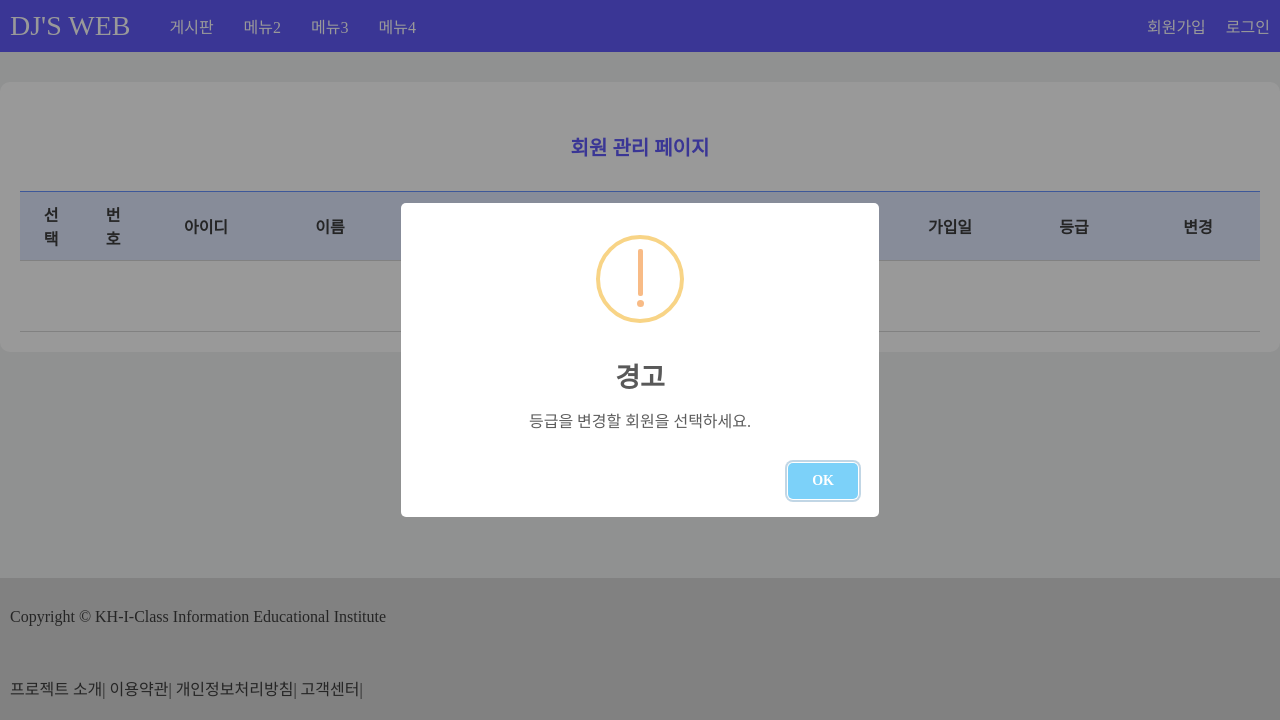
Repository: Godzilla-Man/codingStudy
Page: http://localhost/server_06_notice/member/admin
The author's editor kept a copy of each file at every save. The page is drawn from the files as they stood at one save, then again after the next save.
The browser window is 1280 px wide. The pictures show the whole page.
After loading, the first visible `button.btn-point` was clicked once.
Some web fonts or font styles are not loaded; a fallback is used. The page is served by Tomcat 9. Other server files are loaded and not shown. Queries for data that is not in the repository find no rows.

Above is the page before, as saved 2025-05-08 05:09:53.

### server_06_notice/src/main/webapp/WEB-INF/views/member/adminPage.jsp
<%@ page language="java" contentType="text/html; charset=UTF-8"
    pageEncoding="UTF-8"%>
<%@ taglib uri="http://java.sun.com/jsp/jstl/core" prefix="c" %>
<!DOCTYPE html>
<html>
<head>
<meta charset="UTF-8">
<title>관리자 페이지</title>
<style>
	input[type=checkbox].chk + label {
		height : 24px;
	}
</style>
</head>
<body>
	<div class="wrap">
		<jsp:include page="/WEB-INF/views/common/header.jsp"></jsp:include>
		<main class="content">
			<section class="section admin-wrap">
				<div class="page-title">회원 관리 페이지</div>
				<table class="tbl tbl-hover">
					<tr>
						<th style="width:5%;">선택</th>
						<th style="width:5%;">번호</th>
						<th style="width:10%;">아이디</th>
						<th style="width:10%;">이름</th>
						<th style="width:15%;">이메일</th>
						<th style="width:15%;">전화번호</th>
						<th style="width:10%;">주소</th>
						<th style="width:10%;">가입일</th>
						<th style="width:10%;">등급</th>
						<th style="width:10%;">변경</th>
					</tr>
					<c:forEach var="m" items="${memberList}">
					<tr>
						<td>
							<div class="input-wrap">
								<input type="checkbox" class="chk">
								<label onclick="chkLabel(this)"></label>
							</div>
						</td>
						<td class="memberNo">${m.memberNo}</td>
						<td>${m.memberId}</td>
						<td>${m.memberName}</td>
						<td>${m.memberEmail}</td>
						<td>${m.memberPhone}</td>
						<td>${m.memberAddr}</td>
						<td>${m.enrollDate}</td>
						<td>
							<div class="select">
								<select>
									<c:if test="${m.memberLevel eq 2}">
									<option value="2" selected>정회원</option>
									<option value="3">준회원</option>
									</c:if>
									<c:if test="${m.memberLevel eq 3}">
									<option value="2">정회원</option>
									<option value="3" selected>준회원</option>
									</c:if>
								</select>
							</div>
						</td>
						<td>
							<button class="btn-primary sm" onclick="chgLevel(this)">등급변경</button>
						</td>
					</tr>
					</c:forEach>

					<tr>
						<td colspan="10">
							<button class="btn-point lg" onclick="chgAllLevel()">선택 회원 등급 변경</button>
						</td>
					</tr>

				</table>
			</section>
		</main>
		<jsp:include page="/WEB-INF/views/common/footer.jsp"></jsp:include>
	</div>
	<script>
	function chkLabel(labelObj){
		$(labelObj).prev().click(); //label 태그 이전 요소(체크박스)클릭
	}


	//각 행마다 생성된 '등급변경' 버튼 클릭 시, 동작 함수
	function chgLevel(btnObj){
		/*
		DAO에서 수행할 SQL : update tbl_member set member_level = ? where member_no = ?
		클라이언트가 서버로 전송해야 하는 값은 회원번호, 변경할 등급

		btnObj는 클릭한 버튼 요소 자바스크립트 객체
		*/

		//let memberNo = $(btnObj).parent().parent().children().first().next().html();
		let memberNo = $(btnObj).parents('tr').find('.memberNo').html();
		let chgLevel = $(btnObj).parents('tr').find('select option:selected').val();

		swal({
			title : "변경",
			text : "등급을 변경하시겠습니까?",
			icon : "warning",
			buttons : {
				cancel : {
					text : "취소",
					value : false,
					visible : true,
					closeModal : true
				},
				confirm : {
					text : "변경",
					value : true,
					visible : true,
					closeModal : true
				}
			}
		}).then(function(val){
			if(val){ //변경 버튼 클릭 시

				$.ajax({
					url : "/member/chgLevel",
					data : {"memberNo" : memberNo, "chgLevel" : chgLevel},
					type : "get",
					success : function(res){
						console.log(res);
						//res : 서블릿에서 응답스트림을 통해, 전달한 값(업데이트 결과 값)
						if(res > 0){
							swal({
								title : "성공",
								text : "등급 변경이 완료되었습니다.",
								icon : "success"
							});
						}else{
							swal({
								title : "실패",
								text : "등급 변경 중, 오류가 발생하였습니다.",
								icon : "error"
							});
						}
					},
					error : function(){
						console.log('ajax 통신 오류');
					}
				})
			}
		});
	}

	//선택 회원 등급 변경 버튼 클릭 시, 동작 함수
	function chgAllLevel(){
		/* 서블릿으로 등급 변경 요청 시, 전달 데이터 형식

		   회원 번호 : '2505070021/2505080022'
		   등급 변경 : '2/3'
		*/

		//체크된 행의 회원번호와, 변경 등급값을 각각의 배열에 삽입
		let chkMember = $('.chk:checked'); //체크된 체크박스

		if(chkMember.length < 1){
			swal({
				title : "경고",
				text : "등급을 변경할 회원을 선택하세요.",
				icon : "warning"
			});
			return;
		}

		//체크된 체크박스 순회하며, 배열에 회원번호와 변경 등급값 삽입
		let memberNo = [];
		let chgLevel = [];

		$.each(chkMember, function(index, item){
			//체크박스 순회하며, 함수를 실행시킴. 첫번 째 매개변수로 인덱스, 두번 째 매개변수로 요소(체크박스) 전달

			//체크박스 기준으로, 같은 행의 회원번호와 변경 등급값을 배열에 삽입
			memberNo.push($(item).parents('tr').find('.memberNo').html());
			chgLevel.push($(item).parents('tr').find('select option:selected').val());
		});

		console.log(memberNo);
		console.log(chgLevel);

		swal({
			title : "등급변경",
			text : "등급을 변경하시겠습니까?",
			icon : "warning",
			buttons : {
				cancel : {
					text : "취소",
					value : false,
					visible : true,
					closeModal : true
				},
				confirm : {
					text : "변경",
					value : true,
					visible : true,
					closeModal : true
				}
			}
		}).then(function(val){
			if(val){
				$.ajax({
					url : "/member/chgAllLevel",
					data : {"memberNo" : memberNo.join('/'), "chgLevel" : chgLevel.join('/')},
					type : 'get',
					success : function(res){
						console.log('서버 응답 (res):', res);
					    console.log('서버 응답 타입 (typeof res):', typeof res);

						if(res > 0){
							swal({
								title : "성공",
								text : "등급 변경이 완료되었습니다.",
								icon : "success"
							});
						}else{
							swal({
								title : "실패",
								text : "등급 변경 중, 오류가 발생하였습니다.",
								icon : "error"
							});
						}
					},
					error : function(){
						console.log('ajax 통신 오류');
					}
				})
			}
		});
	}
	</script>
</body>
</html>

### server_06_notice/src/main/webapp/WEB-INF/views/common/header.jsp
<%@ page language="java" contentType="text/html; charset=UTF-8"
    pageEncoding="UTF-8"%>
<%@ taglib uri="http://java.sun.com/jsp/jstl/core" prefix="c" %>
<link rel="stylesheet" href="/resources/css/default.css">
<link href="https://fonts.googleapis.com/icon?family=Material+Icons" rel="stylesheet">
<script src="https://code.jquery.com/jquery-3.7.1.min.js"></script>
<script src="/resources/js/sweetalert.min.js"></script>

<header class="header">
	<div>
		<div class="logo">
			<a href="/">DJ'S WEB</a>
		</div>
		<nav class="nav">
			<ul>
				<li>
					<a href="/notice/getList">게시판</a>
				</li>
				<li>
					<a href="#">메뉴2</a>
				</li>
				<li>
					<a href="#">메뉴3</a>
				</li>
				<li>
					<a href="#">메뉴4</a>
				</li>
			</ul>
		</nav>
		<ul class="user-menu">
			<%-- 세션에 로그인 회원 정보 등록 여부에 따라 다른 메뉴 출력 --%>
			<c:choose>
				<c:when test="${empty sessionScope.loginMember}">
					<li>
						<a href="/member/joinFrm">회원가입</a>
					</li>
					<li>
						<a href="/member/loginFrm">로그인</a>
					</li>
				</c:when>
				<c:otherwise>
					<li>
						<a href="/member/myPage">마이페이지</a>
					</li>
					<li>
						<a href="/member/logout">로그아웃</a>
					</li>
				</c:otherwise>
			</c:choose>
		</ul>
	</div>
</header>

### server_06_notice/src/main/webapp/WEB-INF/views/common/footer.jsp
<%@ page language="java" contentType="text/html; charset=UTF-8"
    pageEncoding="UTF-8"%>
<footer class="footer">
	<div>
		<p>Copyright &copy; KH-I-Class Information Educational Institute</p>
	</div>
	<div>
		<a href="#">프로젝트 소개</a><span>|</span>
		<a href="#">이용약관</a><span>|</span>
		<a href="#">개인정보처리방침</a><span>|</span>
		<a href="#">고객센터</a><span>|</span>
	</div>
</footer>

### server_06_notice/src/main/java/kr/or/iei/member/controller/AdminServlet.java
package kr.or.iei.member.controller;

import java.io.IOException;
import java.util.ArrayList;

import javax.servlet.RequestDispatcher;
import javax.servlet.ServletException;
import javax.servlet.annotation.WebServlet;
import javax.servlet.http.HttpServlet;
import javax.servlet.http.HttpServletRequest;
import javax.servlet.http.HttpServletResponse;
import javax.servlet.http.HttpSession;

import kr.or.iei.member.model.service.MemberService;
import kr.or.iei.member.model.vo.Member;

/**
 * Servlet implementation class AdminServlet
 */
@WebServlet("/member/admin")
public class AdminServlet extends HttpServlet {
	private static final long serialVersionUID = 1L;

    /**
     * @see HttpServlet#HttpServlet()
     */
    public AdminServlet() {
        super();
        // TODO Auto-generated constructor stub
    }

	/**
	 * @see HttpServlet#doGet(HttpServletRequest request, HttpServletResponse response)
	 */
	protected void doGet(HttpServletRequest request, HttpServletResponse response) throws ServletException, IOException {
		//1. 인코딩 - 필터
		//2. 값 추출
		//3. 로직
		HttpSession session = request.getSession(false);
		if(session != null) {
			Member loginMember = (Member) session.getAttribute("loginMember");

			if(loginMember.getMemberLevel() != 1) {
				RequestDispatcher page = request.getRequestDispatcher("/WEB-INF/views/common/msg.jsp");

				request.setAttribute("title", "알림");
				request.setAttribute("msg", "관리자만 접속 가능합니다.");
				request.setAttribute("icon", "error");
				request.setAttribute("loc", "/member/mypage");

				page.forward(request, response);
				return;
			}
		}

		MemberService service = new MemberService();
		ArrayList<Member> list = service.selectAllMember();

		//4. 결과 처리
		//4.1 이동할 페이지 경로 지정
		RequestDispatcher view = request.getRequestDispatcher("/WEB-INF/views/member/adminPage.jsp");
		//4.2 화면 구현에 필요한 데이터 등록
		request.setAttribute("memberList", list);
		//4.3 페이지 이동
		view.forward(request, response);
	}

	/**
	 * @see HttpServlet#doPost(HttpServletRequest request, HttpServletResponse response)
	 */
	protected void doPost(HttpServletRequest request, HttpServletResponse response) throws ServletException, IOException {
		// TODO Auto-generated method stub
		doGet(request, response);
	}

}

### server_06_notice/src/main/java/kr/or/iei/member/model/service/MemberService.java
package kr.or.iei.member.model.service;

import java.sql.Connection;
import java.util.ArrayList;
import java.util.StringTokenizer;

import kr.or.iei.common.JDBCTemplate;
import kr.or.iei.member.model.dao.MemberDao;
import kr.or.iei.member.model.vo.Member;

public class MemberService {

	private MemberDao dao;

	public MemberService() {
		dao = new MemberDao();
	}

	public int memberJoin(Member member) {
		Connection conn = JDBCTemplate.getConnection();
		int result = dao.memberJoin(conn, member);
		if(result > 0) {
			JDBCTemplate.commit(conn);
		}else {
			JDBCTemplate.rollback(conn);
		}
		JDBCTemplate.close(conn);

		return result;
	}

	public int idDuplChk(String memberId) {
		Connection conn = JDBCTemplate.getConnection();
		int cnt = dao.idDuplChk(conn, memberId);
		JDBCTemplate.close(conn);
		return cnt;
	}

	public Member memberLogin(String loginId, String loginPw) {
		Connection conn = JDBCTemplate.getConnection();
		Member loginMember = dao.memberLogin(conn, loginId, loginPw);
		JDBCTemplate.close(conn);
		return loginMember;
	}

	public int updateMember(Member updMember) {
		Connection conn = JDBCTemplate.getConnection();
		int result = dao.updateMember(conn, updMember);
		if(result > 0) {
			JDBCTemplate.commit(conn);
		}else {
			JDBCTemplate.rollback(conn);
		}
		JDBCTemplate.close(conn);
		return result;
	}

	public int deleteMember(String memberNo) {
		Connection conn = JDBCTemplate.getConnection();
		int result = dao.deleteMember(conn, memberNo);

		if(result > 0) {
			JDBCTemplate.commit(conn);
		}else {
			JDBCTemplate.rollback(conn);
		}

		JDBCTemplate.close(conn);
		return result;
	}

	public int updateMemberPw(String memberNo, String newMemberPw) {
		Connection conn = JDBCTemplate.getConnection();
		int result = dao.updateMemberPw(conn, memberNo, newMemberPw);

		if(result > 0) {
			JDBCTemplate.commit(conn);
		}else {
			JDBCTemplate.rollback(conn);
		}

		JDBCTemplate.close(conn);
		return result;
	}

	public ArrayList<Member> selectAllMember() {
		Connection conn = JDBCTemplate.getConnection();
		ArrayList<Member> list = dao.selectAllMember(conn);
		JDBCTemplate.close(conn);

		return list;
	}

	public int chgLevel(String memberNo, String chgLevel) {
		Connection conn = JDBCTemplate.getConnection();
		int result = dao.chgLevel(conn, memberNo, chgLevel);

		if(result > 0) {
			JDBCTemplate.commit(conn);
		}else {
			JDBCTemplate.rollback(conn);
		}

		JDBCTemplate.close(conn);
		return result;
	}

	public boolean chgAllLevel(String memberNoList, String chgLevelList) {
		Connection conn = JDBCTemplate.getConnection();

		//전달 받은 회원번호와 변경등급 문자열을 / 기준으로 잘라서 토큰화
		StringTokenizer st1 = new StringTokenizer(memberNoList, "/");
		StringTokenizer st2 = new StringTokenizer(chgLevelList, "/");

		boolean result = true;

		while(st1.hasMoreTokens()) {
			String memberNo = st1.nextToken(); //회원번호 토큰 주머니에서, 토큰 추출하여 변수에 저장
			String chgLevel = st2.nextToken();

			//DAO 메소드 재사용
			int res = dao.chgLevel(conn, memberNo, chgLevel);

			//SQL 수행 결과가 비정상일 떄, 커밋 또는 롤백을 위해 변수 값 변경
			//또한, 이후 회원에 대한 update는 수행할 필요 없으므로 break로 반복문 종료
			if(res > 1) {
				result = false;
				break;
			}
		}

		if(result) {
			JDBCTemplate.commit(conn);
		}else {
			JDBCTemplate.rollback(conn);
		}

		JDBCTemplate.close(conn);

		return result;
	}



}

### server_06_notice/src/main/java/kr/or/iei/member/model/dao/MemberDao.java
package kr.or.iei.member.model.dao;

import java.sql.Connection;
import java.sql.PreparedStatement;
import java.sql.ResultSet;
import java.sql.SQLException;
import java.util.ArrayList;

import kr.or.iei.common.JDBCTemplate;
import kr.or.iei.member.model.vo.Member;

public class MemberDao {

	public int memberJoin(Connection conn, Member member) {
		PreparedStatement pstmt = null;

		int result = 0;

		String query = "insert into tbl_member values(to_char(sysdate, 'yymmdd') || lpad(seq_member.nextval, 4, '0'), ?, ?, ?, ?, ?, ?, default, sysdate)";

		try {
			pstmt = conn.prepareStatement(query);

			pstmt.setString(1,  member.getMemberId());
			pstmt.setString(2,  member.getMemberPw());
			pstmt.setString(3,  member.getMemberName());
			pstmt.setString(4,  member.getMemberEmail());
			pstmt.setString(5,  member.getMemberPhone());
			pstmt.setString(6,  member.getMemberAddr());

			result = pstmt.executeUpdate();

		} catch (SQLException e) {
			// TODO Auto-generated catch block
			e.printStackTrace();
		} finally {
			JDBCTemplate.close(pstmt);
		}

		return result;
	}

	public int idDuplChk(Connection conn, String memberId) {
		PreparedStatement pstmt = null;
		ResultSet rset = null;
		int cnt = 0;

		String query = "select count(*) cnt from tbl_member where member_id = ?";

		try {
			pstmt = conn.prepareStatement(query);

			pstmt.setString(1,  memberId);

			rset = pstmt.executeQuery();

			if(rset.next()) {
				cnt = rset.getInt("cnt");
			}

		} catch (SQLException e) {
			// TODO Auto-generated catch block
			e.printStackTrace();
		} finally {
			JDBCTemplate.close(rset);
			JDBCTemplate.close(pstmt);
		}

		return cnt;
	}

	public Member memberLogin(Connection conn, String loginId, String loginPw) {
		PreparedStatement pstmt = null;
		ResultSet rset = null;

		Member loginMember = null;

		String query = "select * from tbl_member where member_id = ? and member_pw = ?";

		try {
			pstmt = conn.prepareStatement(query);

			pstmt.setString(1, loginId);
			pstmt.setString(2, loginPw);

			rset = pstmt.executeQuery();

			if(rset.next()) {
				loginMember = new Member();

				loginMember.setMemberId(loginId);
				loginMember.setMemberPw(loginPw);

				loginMember.setMemberNo(rset.getString("member_no"));
				loginMember.setMemberPhone(rset.getString("member_phone"));
				loginMember.setMemberName(rset.getString("member_name"));
				loginMember.setMemberAddr(rset.getString("member_addr"));
				loginMember.setMemberEmail(rset.getString("member_email"));
				loginMember.setMemberLevel(rset.getInt("member_level"));
				loginMember.setEnrollDate(rset.getString("enroll_date"));
			}
		} catch (SQLException e) {
			// TODO Auto-generated catch block
			e.printStackTrace();
		} finally {
			JDBCTemplate.close(rset);
			JDBCTemplate.close(pstmt);
		}

		return loginMember;
	}

	public int updateMember(Connection conn, Member updMember) {
		PreparedStatement pstmt = null;

		int result = 0;

		String query = "update tbl_member set member_name = ?, member_phone = ?, member_email = ?, member_addr = ? where member_no =?";

		try {
			pstmt = conn.prepareStatement(query);

			pstmt.setString(1,  updMember.getMemberName());
			pstmt.setString(2,  updMember.getMemberPhone());
			pstmt.setString(3,  updMember.getMemberEmail());
			pstmt.setString(4,  updMember.getMemberAddr());
			pstmt.setString(5,  updMember.getMemberNo());

			result = pstmt.executeUpdate();
		} catch (SQLException e) {
			// TODO Auto-generated catch block
			e.printStackTrace();
		}
		return result;
	}

	public int deleteMember(Connection conn, String memberNo) {
		PreparedStatement pstmt = null;

		int result = 0;

		String query = "delete from tbl_member where member_no = ?";

		try {
			pstmt = conn.prepareStatement(query);

			pstmt.setString(1,  memberNo);

			result = pstmt.executeUpdate();
		} catch (SQLException e) {
			// TODO Auto-generated catch block
			e.printStackTrace();
		} finally {
			JDBCTemplate.close(pstmt);
		}

		return result;
	}

	public int updateMemberPw(Connection conn, String memberNo, String newMemberPw) {
		PreparedStatement pstmt = null;

		int result = 0;

		String query = "update tbl_member set member_pw = ? where member_no = ?";

		try {
			pstmt = conn.prepareStatement(query);

			pstmt.setString(1, newMemberPw);
			pstmt.setString(2, memberNo);

			result = pstmt.executeUpdate();
		} catch (SQLException e) {
			// TODO Auto-generated catch block
			e.printStackTrace();
		} finally {
			JDBCTemplate.close(pstmt);
		}

		return result;
	}

	public ArrayList<Member> selectAllMember(Connection conn) {
		PreparedStatement pstmt = null;
		ResultSet rset = null;

		ArrayList<Member> list = new ArrayList<Member>();

		//관리자를 제외한 정회원과 준회원 조회
		String query = "select * from tbl_member where member_level != 1 order by member_id";

		try {
			pstmt = conn.prepareStatement(query);

			//위치 홀더에 값 세팅하는 pstmt.setString ~~  생략

			rset = pstmt.executeQuery();

			while(rset.next()) {
				Member m = new Member();
				m.setMemberNo(rset.getString("member_no"));
				m.setMemberId(rset.getString("member_id"));
				m.setMemberPw(rset.getString("member_pw"));
				m.setMemberName(rset.getString("member_name"));
				m.setMemberAddr(rset.getString("member_addr"));
				m.setMemberEmail(rset.getString("member_email"));
				m.setMemberPhone(rset.getString("member_phone"));
				m.setMemberLevel(rset.getInt("member_level"));
				m.setEnrollDate(rset.getString("enroll_date"));

				list.add(m);
			}
		} catch (SQLException e) {
			// TODO Auto-generated catch block
			e.printStackTrace();
		} finally {
			JDBCTemplate.close(rset);
			JDBCTemplate.close(pstmt);
		}

		return list;
	}

	public int chgLevel(Connection conn, String memberNo, String chgLevel) {
		PreparedStatement pstmt = null;

		int result = 0;

		String query = "update tbl_member set member_level = ? where member_no=?";

		try {
			pstmt = conn.prepareStatement(query);

			pstmt.setString(1,  chgLevel);
			pstmt.setString(2,  memberNo);

			result = pstmt.executeUpdate();

		} catch (SQLException e) {
			// TODO Auto-generated catch block
			e.printStackTrace();
		} finally {
			JDBCTemplate.close(pstmt);
		}

		return result;
	}

}

### server_06_notice/src/main/java/kr/or/iei/common/JDBCTemplate.java
package kr.or.iei.common;

import java.sql.Connection;
import java.sql.DriverManager;
import java.sql.PreparedStatement;
import java.sql.ResultSet;
import java.sql.SQLException;

public class JDBCTemplate {

	public static Connection getConnection() {
		Connection conn = null;

		try {
			Class.forName("oracle.jdbc.driver.OracleDriver");
			conn = DriverManager.getConnection("jdbc:oracle:thin:@127.0.0.1:1521:xe","server_notice","1234"); //DB계정 정보 입력
			conn.setAutoCommit(false); //자동 커밋 방지. 트랜잭션 관리는 서비스 계층에서 처리.
		} catch (ClassNotFoundException e) {
			// TODO Auto-generated catch block
			e.printStackTrace();
		} catch (SQLException e) {
			// TODO Auto-generated catch block
			e.printStackTrace();
		}
		return conn;
	}

	public static void close(Connection conn) {
			try {
				if(conn != null && !conn.isClosed()) {
				conn.close();
				}
			} catch (SQLException e) {
				// TODO Auto-generated catch block
				e.printStackTrace();

		}
	}
	public static void close(PreparedStatement pstmt) {
		try {
			if(pstmt != null && !pstmt.isClosed()) {
			pstmt.close();
			}
		} catch (SQLException e) {
			// TODO Auto-generated catch block
			e.printStackTrace();

		}
	}
	public static void close(ResultSet rset) {
		try {
			if(rset != null && !rset.isClosed()) {
			rset.close();
			}
		} catch (SQLException e) {
			// TODO Auto-generated catch block
			e.printStackTrace();

		}
	}
	public static void commit(Connection conn) {
		try {
			if(conn != null && !conn.isClosed()) {
			conn.commit();
			}
		} catch (SQLException e) {
			// TODO Auto-generated catch block
			e.printStackTrace();
		}
	}
	public static void rollback(Connection conn) {
		try {
			if(conn != null && !conn.isClosed()) {
			conn.rollback();
			}
		} catch (SQLException e) {
			// TODO Auto-generated catch block
			e.printStackTrace();
		}
	}
}

Loaded but not shown: server_06_notice/src/main/webapp/resources/js/sweetalert.min.js (library); server_06_notice/src/main/webapp/resources/css/default.css (533 lines, source omitted)

After the next save:
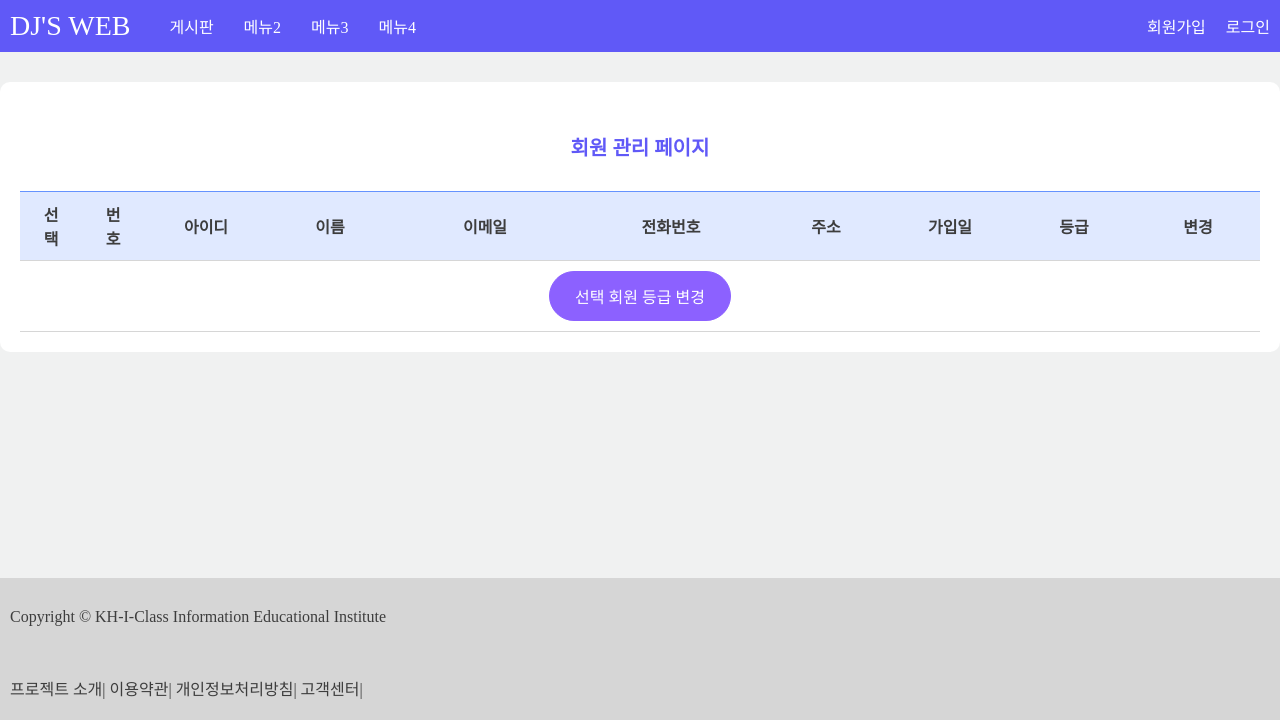
Console error: SyntaxError: Unexpected identifier 'error'
Saved 99 s later.
--- a/server_06_notice/src/main/webapp/WEB-INF/views/member/adminPage.jsp
+++ b/server_06_notice/src/main/webapp/WEB-INF/views/member/adminPage.jsp
@@ -222,7 +222,7 @@
 								icon : "error"
 							});
 						}
-					},
+					}
 					error : function(){
 						console.log('ajax 통신 오류');
 					}

After the save that followed:
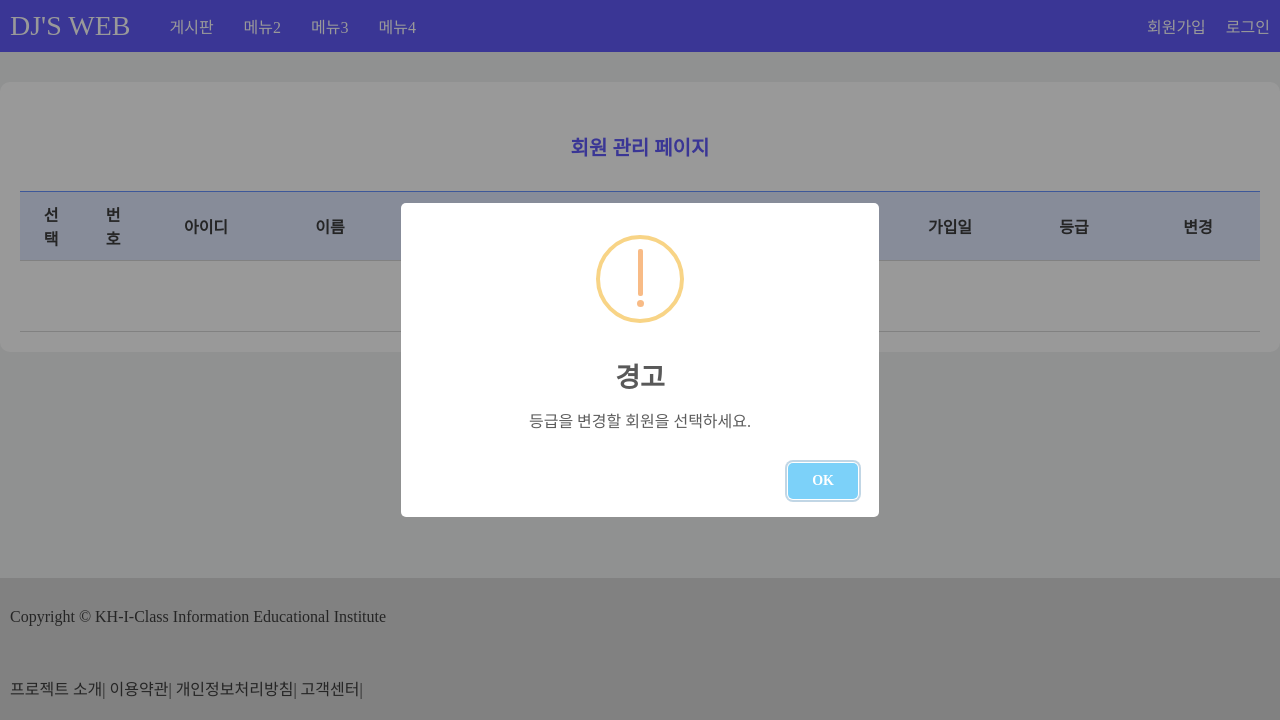
The error is gone.
Saved 12 s later.
--- a/server_06_notice/src/main/webapp/WEB-INF/views/member/adminPage.jsp
+++ b/server_06_notice/src/main/webapp/WEB-INF/views/member/adminPage.jsp
@@ -222,7 +222,7 @@
 								icon : "error"
 							});
 						}
-					}
+					},
 					error : function(){
 						console.log('ajax 통신 오류');
 					}
